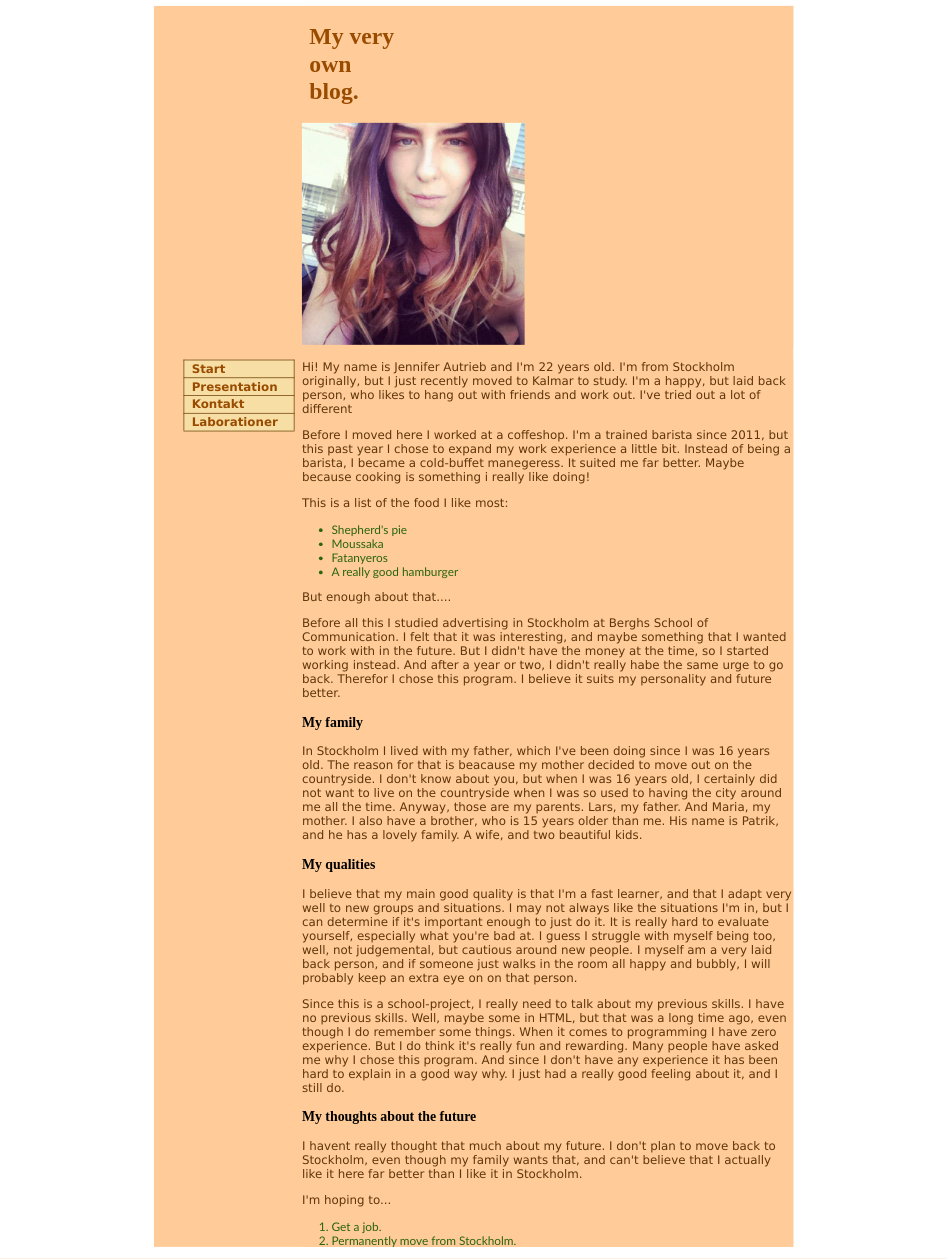
Repository: JeAut/1ik415-JeAut-laborationer
Page: WWW/pages/Presentation.html
The author's editor kept a record of every edit. The page is drawn from the files as they stood at one moment, then again after the next edit.
The browser window is 1280 px wide. The pictures show the whole page, at 74% of full size.

Above is the page before.

### WWW/pages/Presentation.html
<!DOCTYPE html>
<html>
    <head>

        <meta http-equiv="content-type" content="text/html; charset=utf-8" />
        <title>Presentation</title>
        <link rel="stylesheet" href="../../css/style.css" />
    </head>
    <body>
    <div id="body">
        <div id="header"><a id="doc"><h1>My very own blog.</h1></a>
        <img src="../pics/jennifer.jpg" width="301"/></div>

        <ul class="sidemenu">
            <div id="navigation">
            <div id="bc">
            <div id="ulsidemenu">
            <div id="ulsidemenu2">
            <li><a href="../../index.html"> Start</a></li>
            </div>
            <div id="ulsidemenu2">
            <li><a href="Presentation.html"> Presentation</a></li>
            </div>
            <div id="ulsidemenu2">
            <li><a href="kontakt.html"> Kontakt</a></li>
            </div>
            <div id="ulsidemenu2">
            <li><a href="laborationer.html"> Laborationer</a></li>
            </div>
            </div>
            </div>
            </div>
        </ul>
        <div id="container"><p>Hi! My name is Jennifer Autrieb and I'm 22 years old.
        I'm from Stockholm originally, but I just recently moved to Kalmar to study.
        I'm a happy, but laid back person, who likes to hang out with friends and
        work out. I've tried out a lot of different</p>

        <p>Before I moved here I worked at a coffeshop. I'm a trained barista since 2011,
        but this past year I chose to expand my work experience a little bit.
        Instead of being a barista, I became a cold-buffet manegeress. It suited me
        far better. Maybe because cooking is something i really like doing!</p>

        <p>This is a list of the food I like most:</p>
        <ul>
            <p1><li>Shepherd's pie</li>
            <li>Moussaka</li>
            <li>Fatanyeros</li>
            <li>A really good hamburger</li></p1>
        </ul>
        <p>But enough about that....</p>

        <p>Before all this I studied advertising in Stockholm at Berghs School of Communication.
        I felt that it was interesting, and maybe something that I wanted to work
        with in the future. But I didn't have the money at the time, so I started
        working instead. And after a year or two, I didn't really habe the same urge
        to go back. Therefor I chose this program. I believe it suits my personality
        and future better.</p>

        <p><h3>My family</h3></p>
        <p>In Stockholm I lived with my father, which I've been doing since I was 16
        years old. The reason for that is beacause my mother decided to move out on the
        countryside. I don't know about you, but when I was 16 years old, I certainly
        did not want to live on the countryside when I was so used to having the city
        around me all the time.
        Anyway, those are my parents. Lars, my father. And Maria, my mother.
        I also have a brother, who is 15 years older than me. His name is Patrik, and
        he has a lovely family. A wife, and two beautiful kids.</p>

        <p><h3>My qualities</h3></p>
        <p>I believe that my main good quality is that I'm a fast learner, and that I
        adapt very well to new groups and situations. I may not always like the
        situations I'm in, but I can determine if it's important enough to just do it.
        It is really hard to evaluate yourself, especially what you're bad at.
        I guess I struggle with myself being too, well, not judgemental, but cautious
        around new people. I myself am a very laid back person, and if someone just
        walks in the room all happy and bubbly, I will probably keep an extra eye on
        on that person.</p>


        <p>Since this is a school-project, I really need to talk about my previous skills.
        I have no previous skills. Well, maybe some in HTML, but that was a long time
        ago, even though I do remember some things. When it comes to programming I
        have zero experience. But I do think it's really fun and rewarding.
        Many people have asked me why I chose this program. And since I don't have
        any experience it has been hard to explain in a good way why. I just had a
        really good feeling about it, and I still do.</p>

        <p><h3>My thoughts about the future</h3></p>
        <p>I havent really thought that much about my future. I don't plan to move back
        to Stockholm, even though my family wants that, and can't believe that I
        actually like it here far better than I like it in Stockholm.</p>

        <p>I'm hoping to...</p>
        <ol>
            <p1><li>Get a job.</li>
            <li>Permanently move from Stockholm.</li></p1>
        </ol>
        </div>
        </div>
    </body>
</html>

### css/style.css
/*Layout*/

#navigation {
    display:block;
    float:left;
}

#container {
    display:block;
    background-color:#FFCC99;
    margin-left:200px;
}

#header {
    display:block;
    margin-left:200px;
    background-color:#FFCC99;
}

#body {
    margin-right:200px;
    margin-left:200px;
    background-color:#FFCC99;
}

#bgimage {
    background-image:url(floral.jpg);
    -webkit-background-size: cover;
    -moz-background-size: cover;
    -o-background-size: cover;
    background-size: cover;
}




/*Listelement <li> meny*/

#bc {
    background-color:#D8B774;
}

#ulsidemenu {
    padding:0px;
    margin:0px;
    list-style:none;
    font-family:Verdana, Arial, Helvetica, sans-serif;
    border-bottom:1px solid #6F3E04;
    width:150px;
    background-color:#F6DEA5;
}

#ulsidemenu2 {
    border-top:1px solid #6F3E04;
    border-left:1px solid #6F3E04;
    border-right:1px solid #6F3E04;
}

a {
    text-decoration:none;
    display:block;
    width:128px;
    color:#994C00;
    font-weight:bold;
    padding:2px 10px;
}
a:hover {
    background-color:#B9BB79;
    color:#EEEEDC;
}


/*Typografi*/

p {
    color:#5F350B;
    font-family:Verdana, Arial, Helvetica, sans-serif;
}

p1 {
    color:#29640F;
    font-family:"Trebuchet MS", Helvetica, sans-serif;
}

.active {
    background-color:#660000;
}

After the next edit:
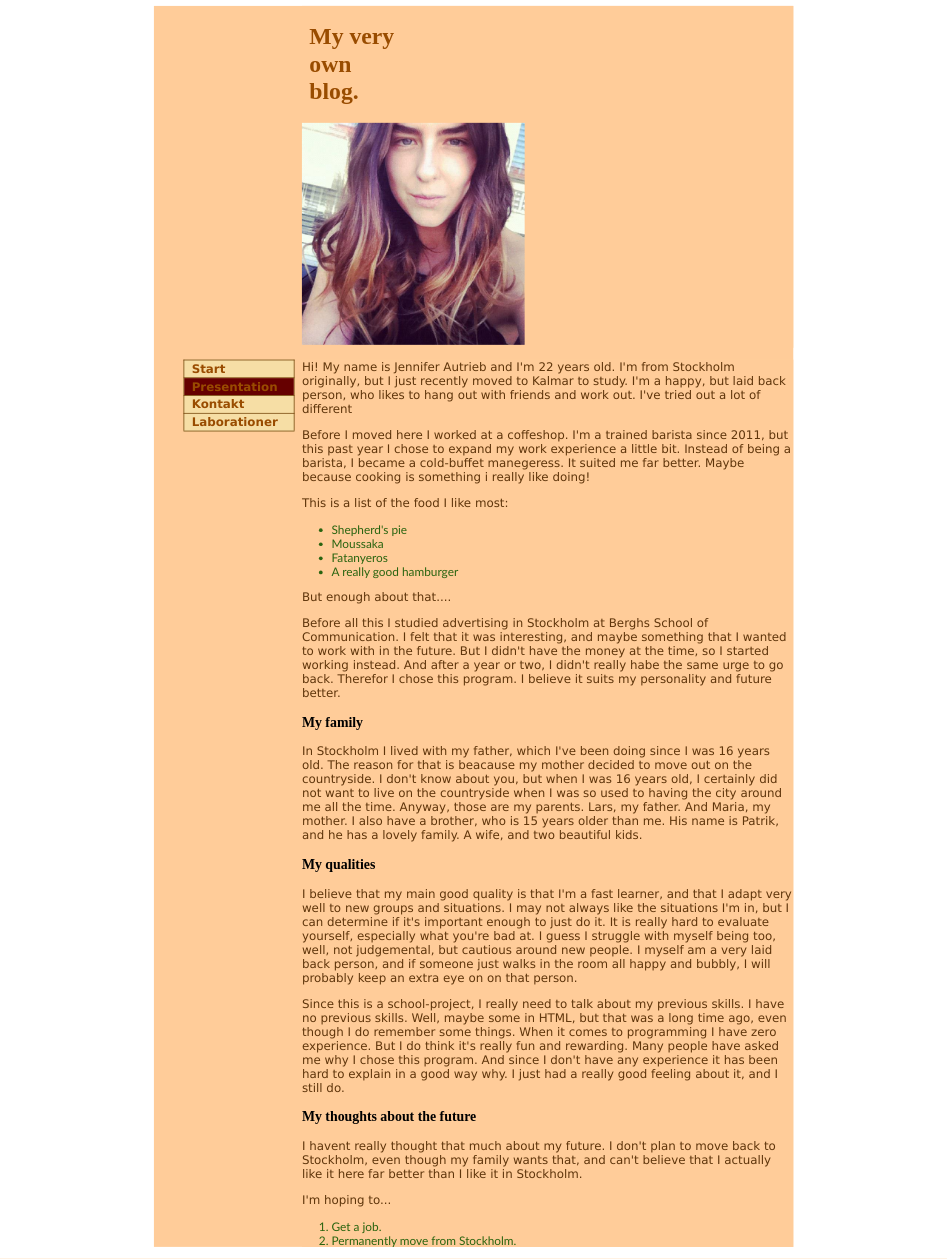
The edit:
--- a/WWW/pages/Presentation.html
+++ b/WWW/pages/Presentation.html
@@ -19,7 +19,7 @@
             <li><a href="../../index.html"> Start</a></li>
             </div>
             <div id="ulsidemenu2">
-            <li><a href="Presentation.html"> Presentation</a></li>
+            <li><a href="Presentation.html" class="active"> Presentation</a></li>
             </div>
             <div id="ulsidemenu2">
             <li><a href="kontakt.html"> Kontakt</a></li>
